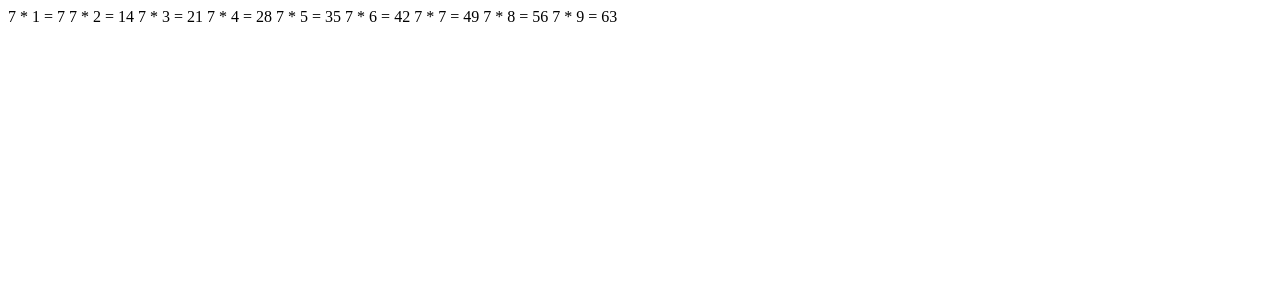
Repository: mickey530/jsp_practice
Page: http://localhost/JSPBasic/JspTag/TagQ02.jsp
These files come from the project's save history. The page is drawn as it stood at one moment and after the next save; the edit follows.
The browser window is 1280 px wide. The pictures show the whole page.
The page is served by Tomcat 9.

Above is the page before, as saved 2022-01-28 06:35:35.

### JSPBasic/src/main/webapp/JspTag/TagQ02.jsp
<%@ page language="java" contentType="text/html; charset=UTF-8"
    pageEncoding="UTF-8"%>
<!DOCTYPE html>
<html>
<head>
<meta charset="UTF-8">
<title>Insert title here</title>
</head>
<body>
<%!
public int today = 0;

int randomNum(){
	return (int)(Math.random()*8 + 2);
}

%>

<%
int dan = randomNum();

for(int i = 1; i < 10; i++){
	out.println(dan + " * " + i + " = " + dan * i);
}

%>
</body>
</html>

After the next save:
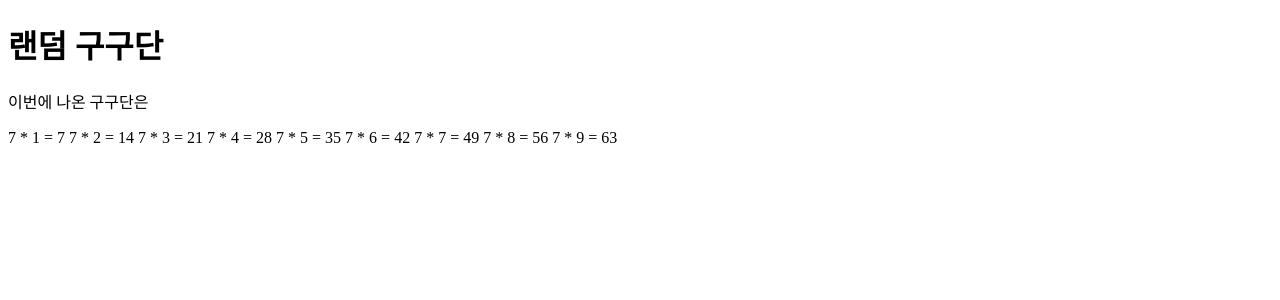
Saved 84 s later.
--- a/JSPBasic/src/main/webapp/JspTag/TagQ02.jsp
+++ b/JSPBasic/src/main/webapp/JspTag/TagQ02.jsp
@@ -15,7 +15,8 @@
 }
 
 %>
-
+<h1>랜덤 구구단</h1>
+<p>이번에 나온 구구단은 </p>
 <%
 int dan = randomNum();
 
